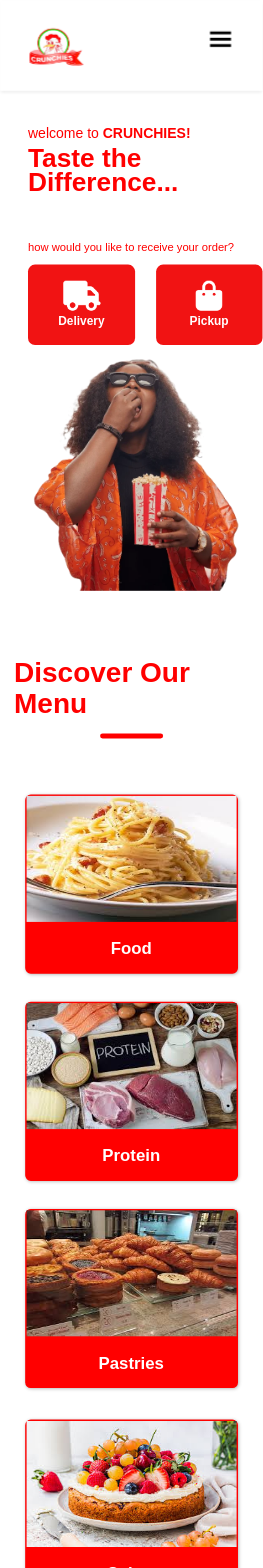
Repository: trenzyfx1/crunches-online-
Page: index.html
These files come from the project's save history. The page is drawn as it stood at one moment and after the next save; the edit follows.
The browser window is 375 px wide. The pictures show the part of the page from y = 0 to 2240 px (the page is 9077 px tall before and 9111 px after), at 70% of full size.

Above is the page before, as saved 2025-04-13 17:17:18.

### index.html
<!DOCTYPE html>
<html lang="en">

<head>
    <meta charset="UTF-8">
    <meta name="viewport" content="width=device-width, initial-scale=1.0">
    <link rel="icon" href="./images/logo-red.webp" type="image">
    <link rel="stylesheet" href="./style.css">
    <title>Crunches Fried Chicken | Order food online</title>
</head>

<body class="full-body">
    <header class="desktop-header">
        <nav>
            <div class="logo">
                <div>
                    <a href="#"><img width="80px" src="./images/logo-red.webp" alt=""></a>
                </div>
                <div class="logo2">
                    <div class="location">
                        <img width="20px" src="./images/location.png" alt="">
                    </div>
                    <div>
                        <h4>Port Harcourt</h4>
                    </div>
                </div>
            </div>
            <div class="menu">
                <ul>
                    <li><a href="">home</a></li>
                    <li><a href="">menu</a></li>
                    <li><a href="">offers</a></li>
                    <li><a href="">fan club</a></li>
                    <li><a href="">blog</a></li>
                    <li><a href="">about us</a></li>
                    <li><a href="">my account</a></li>
                    <li><a href="">support</a></li>
                </ul>
                <div>
                    <button class="order-now" type="button">order now</button>
                </div>
                <div class="cart">
                    <img width="30px" src="./images/cart.png" alt="">
                </div>
            </div>
        </nav>
    </header>
    <header class="mobile-header">
        <nav class="nav1">
            <div class="logo">
                <div>
                    <a href="#"><img width="80px" src="./images/logo-red.webp" alt=""></a>
                </div>
                <!-- <div class="logo2">
                    <div class="location">
                        <img width="20px" src="./images/location.png" alt="">
                    </div>
                    <div>
                        <h4>Port Harcourt</h4>
                    </div>
                </div> -->
            </div>
            <div class="menu-icon" id="menu-icon">
                <div class="line"></div>
                <div class="line"></div>
                <div class="line"></div>
            </div>
            <div class="menu" id="menu">
                <ul>
                    <li><a href="">blog</a></li>
                    <li><a href="">home</a></li>
                    <li><a href="">menu</a></li>
                    <li><a href="">offers</a></li>
                    <li><a href="">support</a></li>
                    <li><a href="">fan club</a></li>
                    <li><a href="">about us</a></li>
                    <li><a href="">my account</a></li>
                </ul>
                <div class="order-now1">
                    <button class="order-now" type="button">order now</button>
                </div>
                <div class="cart">
                    <img width="30px" src="./images/cart.png" alt="">
                </div>
            </div>
        </nav>
    </header>
    <section>
        <div class="head">
            <div class="section1">
                <div>
                    <h3 class="welcome">welcome to <span>Crunchies!</span></h3>
                    <h1>Taste the Difference...</h1>
                </div>
                <div>
                    <p>how would you like to receive your order? </p>
                    <div class="button1">
                        <button class="delivery" type="button">
                            <img class="delivery-img" width="40%" src="./images/Capture.PNG" alt="">
                            <br>delivery
                        </button>
                        <button class="pickup" type="button">
                            <img class="pickup-img" width="33%" src="./images/Capture1.PNG" alt="">
                            <br>pickup
                        </button>
                    </div>
                </div>
            </div>
            <div>
                <img class="woman" src="./images/woman.PNG" alt="">
            </div>
        </div>
    </section>
    <section class="discover">
        <h1 class="h1">discover our menu</h1>
        <div class="underline"></div>
        <div class="section2">
            <div class="food-section">
                <img class="foods" src="./images/food.jpg" alt="">
                <h1>food</h1>
            </div>
            <div class="food-section">
                <img class="foods" src="./images/protein.jpg" alt="">
                <h1>protein</h1>
            </div>
            <div class="food-section">
                <img class="foods" src="./images/pastries.jpg" alt="">
                <h1>pastries</h1>
            </div>
        </div>
        <div class="section2 s2">
            <div class="food-section">
                <img class="foods" src="./images/cakes.jpg" alt="">
                <h1>cakes</h1>
            </div>
            <div class="food-section">
                <img class="foods" src="./images/sharwama.jpg" alt="">
                <h1>sharwama</h1>
            </div>
            <div class="food-section">
                <img class="foods" src="./images/bread.jpg" alt="">
                <h1>bread</h1>
            </div>
        </div>
        <div class="see-more1">
            <button class="see-more" type="button">
                <img class="see-more-img" width="30%" src="./images/drink.png" alt="">
                see more
            </button>
        </div>
    </section>
    <section class="section3">
        <div class="phone1">
            <img class="phone" src="./images/phone.png" alt="">
        </div>
        <div class="order1">
            <h1 class="h1-1">order on the <br> go!</h1>
            <h1 class="h1-2">order on the go!</h1>
            <p>our mobile apps are now available on your device's <br> app store</p>
            <div>
                <div class="download">
                    <div>
                        <button class="playstore" type="button">
                            <img class="playstore-img" width="20%" src="./images/playstore.png" alt="">
                            <div>
                                android app on
                                <br><span class="span2">google play</span>
                            </div>
                        </button>
                    </div>
                    <div>
                        <button class="apple" type="button">
                            <img width="20%" class="apple-img" src="./images/apple.png" alt="">
                            <div>
                                download the app
                                <br><span class="span2">app store</span>
                            </div>
                        </button>
                    </div>
                </div>
            </div>
        </div>
    </section>
    <section class="about-us">
        <h1 class="h1">about us</h1>
        <div class="underline"></div>
        <div class="section4">
            <div  class="products">
                <div>
                    <p>
                        Crunchies Fried Chicken is a first-grade quick service <br> restaurant that offers a variety of
                        quality
                        fast
                        food products <br> and first-class services. We are currently spread across the <br>
                        South-South,
                        South-East and
                        South-West regions of Nigeria, <br> with over 20 years of experience. <br><br>
                        We have carved the niche of excellence in the fast food <br> market with a service per
                        excellence
                        acquired
                        from <br> interacting with our valued customers.
                    </p>
                </div>
                <div>
                    <button class="shop-button" type="button">
                        <img width="30px" class="sbutton-img" src="./images/read.png" alt="">read more
                    </button>
                </div>
            </div>
            <div class="shop">
                <img class="shop-img" src="./images/shop.webp" alt="">
            </div>
        </div>
    </section>
    <section class="section5">
        <div class="eat-section">
            <img class="section5-img" src="./images/woman2.png" alt="">
        </div>
        <div class="eat-section">
            <img class="section5-img" src="./images/chicken.png" alt="">
        </div>
        <div class="eat-section">
            <img class="section5-img" src="./images/woman3.jpg" alt="">
        </div>
        <div class="eat-section">
            <img class="section5-img" src="./images/car.jpg" alt="">
        </div>
    </section>
    <section class="section6">
        <div>
            <img class="food2" src="./images/food2.png" alt="">
            <div class="first">
                <h1>Subsribe to our Newsletter</h1>
                <p>Be the first to get lucky on our amazing offers</p>
            </div>
        </div>
        <div class="email">
            <input type="text" placeholder="Email Address">
            <div><button class="subsribe" type="button">subsribe now</button></div>
        </div>
    </section>
    <footer>
        <div class="footer">
            <div class="Crunches">
                <img width="180px" src="./images/logo-white.webp" alt="">
                <h1>opening hours</h1>
                <p>mondays to sundays <br> 7:00am to 9:00pm</p>
                <h1>contact us</h1>
                <p>customercare@crunchiesonline.com <br> 09062439146, 08098242522</p>
            </div>
            <div class="quick">
                <div>
                    <h1>quick navigation</h1>
                    <ul>
                        <li><a href="">careers</a></li>
                        <li><a href="">fan club</a></li>
                        <li><a href="">offers</a></li>
                        <li><a href="">privacy policy</a></li>
                        <li><a href="">terms and condition</a></li>
                    </ul>
                </div>
                <div>
                    <div>
                        <h1>find us here</h1>
                    </div>
                    <div class="igs">
                        <div>
                            <img class="logo3" src="./images/ig.png" alt="">
                        </div>
                        <div>
                            <img class="logo3" src="./images/fb.png" alt="">
                        </div>
                        <div>
                            <img class="logo3" src="./images/in.png" alt="">
                        </div>
                        <div>
                            <img class="logo3" src="./images/x.png" alt="">
                        </div>
                        <div>
                            <img class="logo3" src="./images/tiktok.png" alt="">
                        </div>
                    </div>
                </div>
            </div>
            <div class="feedback">
                <h1>tell us how we're doing...</h1>
                <p>your feedback is valuable to us</p>
                <button class="submit" type="button">
                    <div>submit feedback</div> <img width="25px" src="./images/3star.png" alt="">
                </button>
            </div>
        </div>
        <div class="dear">
            <p>
                Dear customer, online order services are unavailable at this time. Our services will be active from 8am
                to 6pm. Thank you!
            </p>
        </div>
    </footer>

    <script src="./mobile.js"></script>
</body>

</html>

### style.css
body {
    width: 100%;
    margin: 0;
    padding: 0;
    overflow-x: hidden;
    height: 100vh;
    /* color: #fff; */
    /* font-family: 'Space Grotesk', sans-serif; */
    transition: background-color 0.3s, color 0.3s;
    scroll-behavior: smooth;
    /* background-color: #0a0a0a; */
}

header {
    position: fixed;
    top: 0;
    left: 0;
    height: 130px;
    width: 100%;
    z-index: 1000;
    box-shadow: 0 2px 5px rgb(0, 0, 0, 0.1);
    background-color: #fff;
}

.mobile-header {
    display: none;
}

nav {
    display: flex;
    flex-direction: row;
    justify-content: space-between;
    padding: 40px;
}

.logo2 {
    display: flex;
    flex-direction: row;
}

.logo {
    display: flex;
    flex-direction: row;
    gap: 50px;
}

.location {
    margin-top: 20px;
}

.menu {
    display: flex;
    flex-direction: row;
    gap: 50px;
}

.menu ul {
    display: flex;
    flex-direction: row;
    justify-content: space-around;
    gap: 20px;
}

.menu ul li {
    list-style: none;
}


.desktop-header .menu ul li a {
    display: inline-block;
    border-radius: 8px;
    font-family: sans-serif;
    font-weight: 550;
    text-decoration: none;
    color: red;
    text-transform: capitalize;
    padding: 10px;
    box-shadow: 1px 1px 5px rgba(0, 0, 0, 0.3);
    transition: transform 0.3s ease;
}

 a:hover {
    transform: scale(1.15);
    box-shadow: 5px 5px 15px rgba(0, 0, 0, 0.5);
}


 .mobile-header li:hover {
    transform: scale(1.02);
    box-shadow: 5px 5px 15px rgba(0, 0, 0, 0.5);
}

.order-now {
    border: none;
    border-radius: 10px;
    background-color: red;
    color: #fff;
    height: 48px;
    width: 150px;
    cursor: pointer;
    transition: background-color 0.5s ease, transform 0.3s ease;
    text-transform: capitalize;
    font-size: 17px;
    font-weight: bold;
}

button:hover {
    background-color: #000;
    color: red;
    transform: scale(1.01);
    box-shadow: 5px 5px 10px rgba(0, 0, 0, 0.5);
}

.mobile-header .order-now:hover {
    background-color: #fff;
    color: red;
    transform: scale(1.01);
    box-shadow: 5px 5px 10px rgba(0, 0, 0, 0.5);
}

.order-now,
.cart {
    margin-top: 10px;
}

.section1 {
    padding-left: 40px;
    padding-top: 100px;
}

.head {
    padding-top: 160px;
    padding-bottom: 70px;
    display: flex;
    flex-direction: row;
    justify-content: space-between;
}


.welcome {
    font-size: 35px;
    font-family: sans-serif;
    font-weight: lighter;
    color: red;
    line-height: 0;
}

.welcome span {
    font-weight: bold;
    text-transform: uppercase;
}

.section1 {
    display: flex;
    flex-direction: column;
    gap: 50px;
}

.section1 h1 {
    font-size: 100px;
    color: red;
    font-family: sans-serif;
    line-height: 0.9;
    margin: 0;

}

.section1 p {
    color: red;
    font-family: sans-serif;
}

.delivery,
.pickup {
    border: none;
    border-radius: 10px;
    background-color: rgb(241, 19, 19);
    color: #fff;
    height: 115px;
    width: 170px;
    cursor: pointer;
    transition: background-color 0.5s ease, transform 0.3s ease;
    text-transform: capitalize;
    font-size: 17px;
    font-weight: bold;
}

.delivery-img,
.pickup-img,
.see-more-img,
.apple-img,
.sbutton-img,
.logo3 {
    filter: invert(1) brightness(2);
}

.button1 {
    display: flex;
    gap: 30px;
}

.h1 {
    display: flex;
    justify-content: center;
    font-size: 50px;
    text-transform: capitalize;
    color: red;
    font-family: sans-serif;
    font-weight: bold;
    margin: 20px;
}

.underline {
    margin: auto;
    width: 90px;
    height: 7px;
    background-color: red;
    border-radius: 8px;

}

.section2 {
    margin-top: 50px;
    padding: 30px;
    display: flex;
    justify-content: center;
    text-align: center;
    flex-direction: row;
    gap: 40px;
    flex-wrap: wrap;


}

.food-section {
    display: block;
    border: 2px solid red;
    border-radius: 8px;
    background-color: red;
    font-family: sans-serif;
    color: #fff;
    text-transform: capitalize;
    box-shadow: 1px 1px 5px rgba(0, 0, 0, 0.3);
    transition: transform 0.3s ease;
}

.food-section:hover {
    transform: scale(1.05);
    box-shadow: 5px 5px 15px rgba(0, 0, 0, 0.5);
}

.foods {
    height: 180px;
    width: 300px;
}

.s2 {
    margin-top: -15px;
}

.see-more {
    border: none;
    border-radius: 10px;
    background-color: rgb(241, 19, 19);
    color: #fff;
    height: 50px;
    width: 150px;
    cursor: pointer;
    transition: background-color 0.5s ease, transform 0.3s ease;
    text-transform: capitalize;
    font-size: 17px;
    font-weight: bold;
}

.see-more1 {
    display: flex;
    justify-content: center;
}

.section3 {
    display: flex;
    flex-direction: row;
    justify-content: center;
    gap: 40px;
    background-color: red;
    margin: 100px 0;
    max-width: 100%;
}

.section3 .h1-2 {
    display: none;
}

.phone {
    height: 400px;
    width: 400px;
    margin: 0;
    padding: 0;
}

.phone1 {
    margin: 0;
    padding: 0;
}

.order1 {
    margin-top: 20px;
    padding: 0;
}

.order1 h1 {
    font-size: 60px;
    font-family: sans-serif;
    text-transform: capitalize;
    color: #fff;
}

.order1 p {
    color: #fff;
}

.playstore,
.apple {
    border: none;
    border-radius: 10px;
    background-color: #000;
    color: #fff;
    height: 50px;
    width: 170px;
    cursor: pointer;
    transition: background-color 0.5s ease, transform 0.3s ease;
    text-transform: capitalize;
    display: flex;
    align-items: center;

}

.playstore:hover,
.apple:hover {
    background-color: #fff;
    color: #000;
    transform: scale(1.01);
    box-shadow: 5px 5px 10px rgba(0, 0, 0, 0.5);
}


.playstore-img,
.apple-img {
    margin-top: 15px;
    padding: 0;
}

.span2 {
    font-size: 20px;
}

.download {
    display: flex;
    flex-direction: row;
    gap: 20px;
    flex-wrap: wrap;
}

.section4 {
    display: flex;
    flex-direction: row;
    justify-content: center;
    gap: 40px;
    padding: 50px;

}

.shop {
    display: flex;
    justify-content: center;
}

.shop-img {
    height: 400px;
}

.section4 p {
    font-family: sans-serif;
}

.shop-button {
    border: none;
    border-radius: 10px;
    background-color: rgb(241, 19, 19);
    color: #fff;
    height: 50px;
    width: 150px;
    cursor: pointer;
    transition: background-color 0.5s ease, transform 0.3s ease;
    text-transform: capitalize;
    font-size: 17px;
    font-weight: bold;
}

.section5-img {
    height: 400px;
    width: 100%;
    display: block;
    object-fit: cover;
    border-radius: 12px;
}

.section5 {
    background-color: #ffb6c1;
    margin-top: 50px;
    padding: 30px;
    display: flex;
    justify-content: center;
    flex-direction: row;
    gap: 40px;
    flex-wrap: wrap;
}

.eat-section {
    transition: transform 0.3s ease;
    cursor: pointer;
}

.eat-section:hover {
    transform: scale(1.05);
}

.section6 {
    background-color: #fcd3d9;
    padding: 40px;
}

.food2 {
    height: 200px;
    margin-left: 43%;
}

.first {
    text-align: center;
}

.section6 h1,
p {
    font-family: system-ui, -apple-system, BlinkMacSystemFont, 'Segoe UI', Roboto, Oxygen, Ubuntu, Cantarell, 'Open Sans', 'Helvetica Neue', sans-serif;

}

.section6 h1 {
    font-size: 40px;

}

.email {
    position: relative;
    margin: auto;
    display: flex;
    justify-content: center;
}

.email input {
    width: 700px;
    border-radius: 40px;
    height: 60px;
    border: none;
    outline: none;
    padding: 6px;
}

.subsribe {
    position: absolute;
    top: 8%;
    right: 27%;
    /* transform: translateY(-50%); */
    border: none;
    border-radius: 40px;
    background-color: rgb(241, 19, 19);
    color: #fff;
    height: 60px;
    width: 150px;
    cursor: pointer;
    transition: background-color 0.5s ease, transform 0.3s ease;
    text-transform: capitalize;
    font-size: 17px;
    font-weight: bold;
}

footer {
    background-color: rgb(241, 19, 19);
    padding-top: 40px;
    /* padding-bottom: 20px; */
    color: #fff;
    font-family: sans-serif;
    text-transform: capitalize;
}

.footer {
    display: flex;
    flex-direction: row;
    justify-content: space-between;
    padding: 0 30px;

}

.logo3 {
    height: 30px;
    cursor: pointer;
}

.igs {
    display: flex;
    gap: 10px;
}

footer li {
    list-style: none;
}

footer a {
    text-decoration: none;
    color: #fff;
    font-family: sans-serif;
    text-align: center;
    line-height: 2;
}

.quick {
    display: flex;
    flex-direction: column;
    gap: 30px;
}

.submit {
    border: none;
    border-radius: 40px;
    background-color: #fff;
    color: rgb(241, 19, 19);
    height: 60px;
    width: 200px;
    cursor: pointer;
    transition: background-color 0.5s ease, transform 0.3s ease;
    text-transform: capitalize;
    font-size: 17px;
    font-weight: bold;
    align-items: center;
    display: flex;
    justify-content: center;
}

.feedback {
    display: flex;
    flex-direction: column;
    gap: 30px;
}


.dear {
    padding-top: 40px;
    display: flex;
    justify-content: center;
}

.mobile-header .menu-icon .line {
    width: 30px;
    height: 4px;
    background-color: #000;
    margin: 5px;
}

.mobile-header .menu ul {
    display: flex;
    flex-direction: column;
    gap: 10px;
    justify-content: left;
}

.mobile-header .menu li {
    text-align: center;
    background-color: #fff;
    border-radius: 8px;
    padding: 10px;
    box-shadow: 1px 1px 5px rgba(0, 0, 0, 0.3);
    transition: transform 0.3s ease;
    margin-right: 50px;
}

.mobile-header .order-now {
    background-color: black;
}

.mobile-header .menu li a {
    text-transform: capitalize;
    text-decoration: none;
    color: #000;
    font-family: sans-serif;
    font-weight: 550;
}

.mobile-header .menu {
    display: none;
    flex-direction: column;
    padding: 10px 20px;
    margin: 0;
    background-color: red;
    /* width: 100%; */
    border-radius: 5px;
}

@media(max-width:768px) {

    .full-body {
        max-width: 100%;
    }

    .desktop-header {
        display: none;
    }

    .mobile-header {
        display: flex;
        flex-direction: column;
        justify-content: space-between;
        width: 100%;
    }

    .mobile-header .nav1 {
        display: flex;
        flex-direction: row;
        justify-content: space-between;
    }


    .mobile-header .menu.active {
        display: flex;
    }

    .menu {
        position: absolute;
        top: 100px;
        right: 0;
        gap: 10px;
    }

     .mobile-header .order-now1 {
        display: flex;
        justify-content: center;
    }

    .head {
        display: flex;
        flex-direction: column;
    }

    .download {
        display: flex;
        flex-direction: column;
    }

    .phone1 {
       margin-top: 150px;
    }

    .section3 .h1-1 {
        display: none;
    }

    .section3 .h1-2 {
        display: flex;
        font-size: 65px;
    }

    .order1 {
        margin-right: 10px;
    }

    .section4 {
        display: flex;
        flex-direction: column;
    }

    .products {
        margin: auto;
    }

    .products p {
        font-size: 20px;
    }

    .food2 {
        margin: auto;
        display: flex;
    }

    .subsribe {
        right: 7px;
    }

}

@media(max-width:480px) {

    .full-body {
        max-width: 100%;
    }


    .desktop-header {
        display: none;
    }

    .mobile-header {
        display: flex;
        flex-direction: column;
        justify-content: space-between;
    }

    .mobile-header nav {
        display: flex;
        flex-direction: row;
        justify-content: space-between;
        /* gap: 150px; */
    }

    .menu-icon {
        margin: 0;
    }

    .logo {
        gap: 10px;
    }


    .menu {
        gap: 10px;
        position: absolute;
        top: 100px;
        right: 0;
        width: 50%;
    }


    .mobile-header .menu.active {
        display: flex;
    }

    .mobile-header .order-now1 {
       margin-right: 10px;
    }


    .section1 h1 {
        font-size: 10vw !important;
    }


    .head {
        display: flex;
        flex-direction: column;
        padding-top: 70px;
    }

    .head h1 {
        font-size: 60px;
    }

    .head h3 {
        font-size: 20px;
    }

    .woman {
        width: 90%;
        margin-left: 30px;
    }

    .discover .h1 {
        font-size: 40px;
    }

    .order1 {
        margin-left: 30px;
    }

    .phone1 {
        margin: 0;
    }

    .phone {
        width: 300px;
    }

    .download {
        display: flex;
        flex-direction: row;
    }

    .section3 {
        display: flex;
        flex-direction: column;
        gap: 0;
        padding-bottom: 40px;
    }

    .section3 .h1-2 {
        display: none;
    }


    .section3 .h1-1 {
        display: flex;
    }



    .section4 {
        display: flex;
        flex-direction: column;
    }

    .shop-img {
        width: 100%;
    }

    .food2 {
        margin: auto;
        display: flex;
    }

    .subsribe {
        left: 60%;
    }

    .footer {
        display: flex;
        flex-direction: column;
        gap: 40px;
    }

    .dear {
        width: 90%;
        margin-left: 30px;
    }
}

### mobile.js
document.addEventListener("DOMContentLoaded", () => {
    const menuIcon = document.getElementById ("menu-icon");
    const menu = document.getElementById("menu");


    menuIcon.addEventListener("click", function() {
        menu.classList.toggle("active");

    });
});

After the next save:
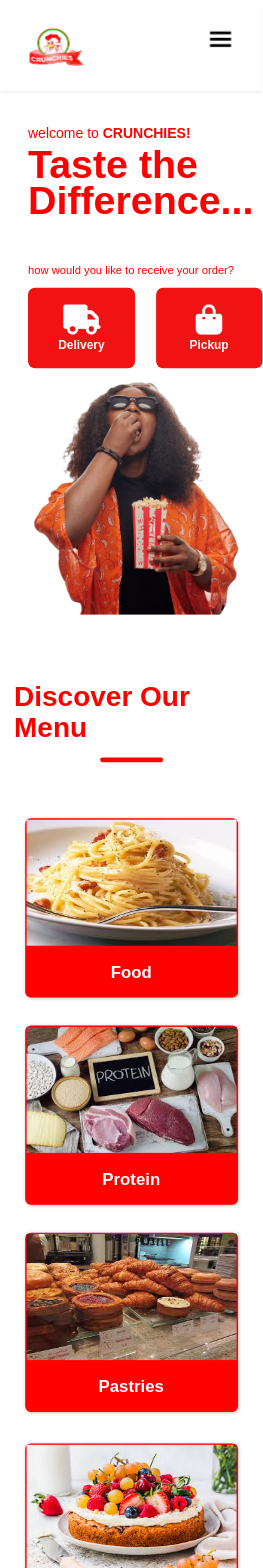
Saved 7 s later.
--- a/style.css
+++ b/style.css
@@ -748,7 +748,7 @@
 
 
     .section1 h1 {
-        font-size: 10vw !important;
+        font-size: 15vw !important;
     }
 
 
